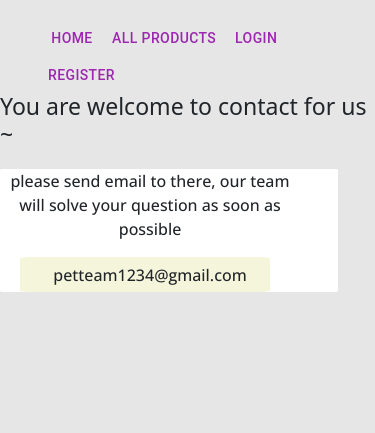
Repository: dzwfighting/pet
Page: /contact
An editor plug-in stored every save of this project. The page is shown before and after the next save, followed by the edit.
The browser window is 375 px wide. The pictures show the whole page.
The project was rebuilt for these pictures with package versions that can differ from the ones it lists, and the page was loaded fresh each time. Also part of the build but not shown: src/components/homeComponent.js, src/components/Layout.js, src/components/checkoutComponent.js, src/fake-data/products.js, src/styles/css/cart.css, src/components/ShopCartComponent.js, src/components/productsDetail.js, src/manipulate/checkValid.js and 10 more.

Above is the page before, as saved 2023-08-20 10:04:26.

### src/index.js
import React from "react";
import ReactDOM from "react-dom/client";
import "./index.css";
import App from "./App";
import { Provider } from "react-redux";
import store from "./manipulate/store";
import reportWebVitals from "./reportWebVitals";

const root = ReactDOM.createRoot(document.getElementById("root"));
root.render(
  <Provider store={store}>
    <React.StrictMode>
      <App />
    </React.StrictMode>
  </Provider>
);

// If you want to start measuring performance in your app, pass a function
// to log results (for example: reportWebVitals(console.log))
// or send to an analytics endpoint. Learn more: https://bit.ly/CRA-vitals
reportWebVitals();

### src/App.js
import "./App.css";
import { BrowserRouter, Routes, Route } from "react-router-dom";
import Layout from "./components/Layout";
import Checkout from "./components/checkoutComponent";
import ShopCart from "./components/ShopCartComponent";
import ProductsDetail from "./components/productsDetail";
import Register from "./components/Register";
import Login from "./components/Login";
import Error from "./components/Error";
import Collections from "./components/Collections";
import Contactus from "./components/Contactus";
import Products from "./components/Products";

function App() {
  return (
    <BrowserRouter>
      <Routes>
        <Route path="/" element={<Layout />} />
        <Route path="checkout" element={<Checkout />} />
        <Route path="shopcart" element={<ShopCart />} />
        <Route path="contact" element={<Contactus />} />
        <Route path="products" element={<Products />} />
        <Route path="products/:id" element={<ProductsDetail />} />
        <Route path="register" element={<Register />} />
        <Route path="login" element={<Login />} />
        <Route path="error/:message" element={<Error />} />
        <Route path="collections" element={<Collections />} />
      </Routes>
    </BrowserRouter>
  );
}

export default App;

### src/manipulate/store.js
import { createStore } from "redux";
import rootReducer from "./reducer";

export default createStore(rootReducer);

### src/components/Contactus.js
import React from "react";
import NavComponent from "./navComponent";
import Container from "react-bootstrap/Container";
import Row from "react-bootstrap/Row";
import Col from "react-bootstrap/Col";
import "../styles/css/contact.css";
import cat11 from "../styles/images/cat11-removebg-preview.png";

const Contactus = () => {
  return (
    <div>
      <NavComponent />
      <h3>You are welcome to contact for us ~</h3>
      <div className="containerSet">
        <p>
          please send email to there, our team will solve your question as soon
          as possible
        </p>
        <div className="emailBlock">
          <p className="emailP">petteam1234@gmail.com</p>
        </div>
      </div>
    </div>
  );
};

export default Contactus;

### src/manipulate/reducer.js
import users from "../fake-data/users";

const initialState = {
  curUser: null,
  // cartItems: [],
  // totalQuantity: 0,
  // totalAmount: 0,
  // collectItems: [],
};

const rootReducer = (state = initialState, action) => {
  switch (action.type) {
    case "LOGIN":
      return {
        ...state,
        curUser: action.payload,
      };
    case "LOGOUT":
      return {
        ...state,
        curUser: null,
      };
    case "REGISTER":
      users.push(action.payload);
      return {
        ...state,
        curUser: action.payload,
      };
    // case "ADDCART":
    //   const newItem = action.payload;
    //   const existItem = state.cartItems.find((item) => item.id === newItem.id);
    //   state.totalQuantity++;
    //   if (!existItem) {
    //     state.cartItems.push({
    //       id: newItem.id,
    //       title: newItem.title,
    //       iamge: newItem.image,
    //       price: newItem.price,
    //       quantity: 1,
    //       totalPrice: newItem.price,
    //     });
    //   } else {
    //     existItem.quantity++;
    //     existItem.totalPrice =
    //       Number(existItem.totalPrice) + Number(newItem.price);
    //   }

    //   state.totalAmount = state.cartItems.reduce(
    //     (total, item) => total + Number(item.price) * Number(item.quantity),
    //     0
    //   );
  }
  return state;
};
export default rootReducer;

### src/components/navComponent.js
import React, { useEffect } from "react";
import { Link, useNavigate } from "react-router-dom";
import Button from "@mui/material/Button";
import { useDispatch, useSelector } from "react-redux";
import { logout } from "../manipulate/action";

const NavComponent = () => {
  const curUser = useSelector((state) => state.curUser);
  const dispatch = useDispatch();
  const navigate = useNavigate();

  const handleLogout = () => {
    dispatch(logout());
    navigate("/");
  };

  // console.log(curUser);

  return (
    <div style={{ marginLeft: "40px", marginTop: "20px", marginRight: "40px" }}>
      <Link to="/" style={{ textDecoration: "none" }}>
        <Button color="secondary">Home</Button>
      </Link>

      <Link
        to="/products"
        state={{ category: "all" }}
        style={{ textDecoration: "none" }}
      >
        <Button color="secondary">All Products</Button>
      </Link>
      {curUser ? (
        <Link to="/shopcart" style={{ textDecoration: "none" }}>
          <Button color="secondary">Shop Cart</Button>
        </Link>
      ) : (
        <a />
      )}
      {curUser ? (
        <Link to="/collections" style={{ textDecoration: "none" }}>
          <Button color="secondary">Collections</Button>
        </Link>
      ) : (
        <a />
      )}
      {/* {curUser ? (
        <Link to="/checkout" style={{ textDecoration: "none" }}>
          <Button color="secondary">Check Out </Button>
        </Link>
      ) : (
        <a />
      )} */}
      {curUser ? (
        <Button color="secondary" onClick={handleLogout}>
          Logout
        </Button>
      ) : (
        <Link to="/login" style={{ textDecoration: "none" }}>
          <Button color="secondary">Login</Button>
        </Link>
      )}
      {curUser ? (
        <a />
      ) : (
        <Link to="/register" style={{ textDecoration: "none" }}>
          <Button color="secondary">Register</Button>
        </Link>
      )}
    </div>
  );
};

export default NavComponent;

### src/fake-data/users.js
let users = [
  {
    email: "user1@gmail.com",
    password: "123456",
    collections: ["11"],
    cart: [{ proId: "11", cnt: "2" }],
    uploads: [
      "https://images.unsplash.com/photo-1526336024174-e58f5cdd8e13?ixlib=rb-4.0.3&ixid=M3wxMjA3fDB8MHxwaG90by1wYWdlfHx8fGVufDB8fHx8fA%3D%3D&auto=format&fit=crop&w=1887&q=80",
    ],
  },
  {
    email: "user2@gmail.com",
    password: "123456",
    collections: ["12", "13"],
    cart: [
      { proId: "12", cnt: "1" },
      { proId: "13", cnt: "2" },
    ],
    uploads: [
      "https://images.unsplash.com/photo-1526336024174-e58f5cdd8e13?ixlib=rb-4.0.3&ixid=M3wxMjA3fDB8MHxwaG90by1wYWdlfHx8fGVufDB8fHx8fA%3D%3D&auto=format&fit=crop&w=1887&q=80",
      "https://images.unsplash.com/photo-1542650507-17d51cecbbb5?ixlib=rb-4.0.3&ixid=M3wxMjA3fDB8MHxwaG90by1wYWdlfHx8fGVufDB8fHx8fA%3D%3D&auto=format&fit=crop&w=1942&q=80",
    ],
  },
];

let findUser = (email) => {
  let userIdx = 0;
  for (let i = 0; i < users.length; i++) {
    if (users[i].email === email) {
      userIdx = i;
      break;
    }
  }
  return userIdx;
};

export const findUserData = (email) => {
  let userIdx = findUser(email);
  return users[userIdx];
};

export let addCollect = (email, collect) => {
  let userIdx = findUser(email);

  // console.log("add succes");
  users[userIdx].collections.push(collect);
  console.log(users[userIdx]);
  return users[userIdx];
};

export let deleteCollect = (email, delId) => {
  let userIdx = findUser(email);

  let delIdx = 0;
  for (let i = 0; i < users[userIdx].collections.length; i++) {
    if (users[userIdx].collections[i] === delId) {
      delIdx = i;
      break;
    }
  }

  users[userIdx].collections.splice(delIdx, 1);
  console.log("del success");
  console.log(users[userIdx].collections);
  return users[userIdx];
};

export let addCart = (email, addId) => {
  let userIdx = findUser(email);
  let ifFind = false;
  for (let i = 0; i < users[userIdx].cart.length; i++) {
    if (users[userIdx].cart[i].proId === addId) {
      ifFind = true;
      users[userIdx].cart[i].cnt = (
        Number(users[userIdx].cart[i].cnt) + 1
      ).toString();
      break;
    }
  }

  if (!ifFind) {
    users[userIdx].cart.push({ proId: addId, cnt: "1" });
  }
  console.log(users[userIdx]);
  return users[userIdx];
};

export const delCart = (email, delId) => {
  let userIdx = findUser(email);
  for (let i = 0; i < users[userIdx].cart.length; i++) {
    if (users[userIdx].cart[i].proId === delId) {
      users[userIdx].cart.splice(i, 1);
      break;
    }
  }
  console.log(users[userIdx]);
  return users[userIdx];
};

export const delOnePro = (email, delId) => {
  let userIdx = findUser(email);
  console.log(delId);
  console.log(users[userIdx]);
  for (let i = 0; i < users[userIdx].cart.length; i++) {
    if (users[userIdx].cart[i].proId === delId) {
      console.log("start delete");
      let delOne = Number(users[userIdx].cart[i].cnt) - 1;
      console.log(delOne);
      if (delOne == 0) {
        delCart(email, delId);
        break;
      } else {
        users[userIdx].cart[i].cnt = delOne.toString();
        break;
      }
    }
  }
  console.log(users[userIdx]);
  return users[userIdx];
};
export default users;

### src/styles/css/prodetail.css
@import url("https://fonts.googleapis.com/css2?family=Open+Sans:wght@500&display=swap");
.detailcard {
  display: flex;
  position: relative;
  font-family: "Open Sans", sans-serif;
  width: 100vw;
  left: 1vw;
  right: 1vw;
}
.detailcardimg {
  width: 25vw;
  height: 40vw;
}
.detailcontent {
  width: 66vw;
}
.detailcontent h2 {
  margin-bottom: 1vw;
}
.detailcontent p {
  margin-left: 1vw;
  text-align: left;
  padding-right: 1vw;
  padding-bottom: 1vw;
  width: 66vw;
  font-size: 1rem;
}

@media screen and (min-width: 1105px) {
  .detailcardimg {
    width: 300px;
    height: 380px;
  }
  .detailfinalBtn {
    margin-top: -5px;
  }
}

@media screen and (min-width: 917px) and (max-width: 1105px) {
  .detailcardimg {
    width: 28vw;
    height: 450px;
  }
  .detailcontent {
    width: 27vw;
  }
  .detailcontent h2 {
    font-size: 1rem;
  }
  .detailcontent p {
    font-size: 0.8rem;
  }
  .detailfinalBtn {
    margin-top: 5px;
  }
}

@media screen and (min-width: 771px) and (max-width: 917px) {
  /* .detailcardimg {
    width: 28vw;
    height: 45vw;
  } */
  .detailcontent h2 {
    margin-bottom: 5px;
    font-size: 1rem;
  }
  .detailcontent p {
    margin-left: 5px;
    padding-right: 5px;
    padding-bottom: 0px;
    width: 66vw;
    font-size: 0.7rem;
  }
}
@media screen and (min-width: 615px) and (max-width: 771px) {
  .detailcardimg {
    width: 20vw;
    height: 30vw;
  }
  .detailcontent h2 {
    margin-bottom: 5px;
    font-size: 0.9rem;
  }
  .detailcontent p {
    margin-left: 5px;
    padding-right: 0;
    padding-bottom: 0px;
    width: 66vw;
    font-size: 0.5rem;
  }
}
@media screen and (min-width: 480px) and (max-width: 615px) {
  .detailcard {
    display: block;
  }
  .detailcardimg {
    position: relative;
    left: 2%;
    width: 25vw;
    height: 35vw;
  }
  .detailcontent {
    width: 95vw;
  }
  .detailcontent h2 {
    width: 95vw;
    margin-left: 0;
    margin-bottom: 2px;
    font-size: 0.9rem;
  }
  .detailcontent p {
    margin-left: 2px;
    padding-right: 0;
    padding-bottom: 0px;
    width: 90vw;
    font-size: 0.7rem;
  }
  .detailfinalBtn {
    font-size: 0.7rem;
  }
}
@media screen and (min-width: 200px) and (max-width: 480px) {
  .detailcard {
    display: block;
  }
  .detailcardimg {
    position: relative;
    left: 2%;
    width: 25vw;
    height: 35vw;
  }
  .detailcontent {
    width: 95vw;
  }
  .detailcontent h2 {
    width: 90vw;
    margin-left: 0;
    margin-bottom: 2px;
    font-size: 0.9rem;
  }
  .detailcontent p {
    margin-left: 2px;
    padding-right: 0;
    padding-bottom: 0px;
    width: 90vw;

    font-size: 0.7rem;
  }
  .detailfinalBtn {
    font-size: 0.7rem;
  }
}

### src/manipulate/action.js
export const login = (user) => ({
  type: "LOGIN",
  payload: user,
});

export const logout = () => ({
  type: "LOGOUT",
});

export const register = (newUser) => ({
  type: "REGISTER",
  payload: newUser,
});

// export const addToCart = (item) => ({
//   type: "ADDTOCART",
//   payload: item,
// });

// export const deleteFromCard = (item) => ({
//   typeof: "DELETEFROMCART",
//   payload: item,
// });

// export const addToCollect = (item) => ({
//   type: "ADDTOCOLLECT",
//   payload: item,
// });

// export const deleteFromColllect = (item) => ({
//   type: "DELETEFROMCOLLECT",
//   payload: item,
// });

### src/styles/css/login.css
@import url("https://fonts.googleapis.com/css2?family=Open+Sans:wght@500&display=swap");
.formSet {
  display: flex;
  margin-left: 5%;
  align-items: center;
  font-family: "Open Sans", sans-serif;
}
.lableSet {
  font-size: 2rem;
}

.inputSet {
  font-size: 1rem;
  width: 800px;
}

.loginbtnSet {
  align-items: center;
  justify-content: center;
  width: 100px;
  height: 40px;
  /* font-size: 1.1rem; */
}
.pSet {
  font-size: 1.2rem;
}

@media screen and (min-width: 1025px) {
  .formSet {
    display: flex;
    margin-left: 5%;
    align-items: center;
    font-family: "Open Sans", sans-serif;
  }
  .lableSet {
    font-size: 2rem;
  }

  .inputSet {
    text-align: left;
    font-size: 1rem;
    width: 600px !important;
  }
  .loginbtnSet {
    height: 35px !important;
  }

  .regSet {
    width: 100px !important;
    padding-top: 6px;
    height: 37px !important;
  }
  .loginbtnSet p {
    width: 70px;
  }
  .pSet {
    font-size: 1.2rem !important;
  }
}
@media screen and (min-width: 769px) and (max-width: 1024px) {
  .formSet {
    display: flex;
    margin-left: 5%;
    align-items: center;
    font-family: "Open Sans", sans-serif;
  }
  .lableSet {
    font-size: 1.5rem;
  }
  .inputSet {
    font-size: 0.9rem !important;
    width: 700px !important;
  }
  .loginbtnSet {
    width: 65px;
    height: 38px;
    font-size: 0.9rem;
  }

  .regSet {
    width: 80px;
    padding-left: 6px;
    height: 38px;
  }
  .regSet p {
    margin-left: 2px;
    font-size: 0.9rem;
  }
  .pSet {
    font-size: 1rem;
  }
}
@media screen and (min-width: 481px) and (max-width: 768px) {
  .formSet {
    display: flex;
    margin-left: 5%;
    align-items: center;
    font-family: "Open Sans", sans-serif;
  }
  .lableSet {
    font-size: 1.5rem;
  }
  .inputSet {
    font-size: 0.9rem !important;
    width: 700px !important;
  }
  .loginbtnSet {
    width: 70px;
    /* padding-top: 1px;
    padding-left: 21px; */
    height: 38px;
    font-size: 0.9rem;
  }
  .regSet {
    width: 88px;
    /* padding-top: 2px;
    padding-left: 25px; */
    height: 37px;
    font-size: 0.9rem;
  }
}
@media screen and (max-width: 481px) {
  .formSet {
    display: flex;
    margin-left: 5%;
    align-items: center;
    font-family: "Open Sans", sans-serif;
    margin-top: 50px !important;
  }
  .lableSet {
    font-size: 1rem;
  }
  .inputSet {
    font-size: 0.8rem;
    width: 200px;
    height: 40px;
  }
  .loginbtnSet {
    align-items: center;
    justify-content: center;
    width: 56px;
    height: 28px;
    font-size: 0.7rem;
  }
  .pSet {
    font-size: 0.8rem;
  }
  .regSet {
    width: 66px;
    /* padding-left: 16px; */
    height: 30px;
    font-size: 0.7rem;
  }
}

### src/styles/css/contact.css
@import url("https://fonts.googleapis.com/css2?family=Open+Sans:wght@500&display=swap");
.containerSet h3 {
  display: flex;
  justify-content: center;
  align-items: center;
  font-family: "Open Sans", sans-serif;
  margin-top: 9%;
  margin-left: 5%;
  font-size: 1.8rem;
}
.containerSet p {
  font-family: "Open Sans", sans-serif;
  margin-top: 6%;
  font-size: 1.5rem;
}
.imgSet {
  width: 80%;
  margin-bottom: 7%;
}
.imgSize {
  margin-top: -11%;
}
.emailBlock {
  font-family: "Open Sans", sans-serif;
  width: 60%;
  height: 20%;
  background-color: beige;
  border-radius: 4%;
}
.emailP {
  margin-left: 20%;
  padding-top: 5%;
}

@media screen and (min-width: 1025px) {
  .containerSet h3 {
    display: flex;
    justify-content: center;
    align-items: center;
    font-family: "Open Sans", sans-serif;
    margin-top: 9%;
    font-size: 2.5rem;
    font-weight: 900;
  }
  .containerSet {
    display: flex;
    justify-content: center;
    align-items: center;
    text-align: center;
  }
  .containerSet p {
    display: flex;
    justify-content: center;
    align-items: center;
    text-align: center;
    font-family: "Open Sans", sans-serif;
    width: 1000px;
    margin-left: 100px;
    font-size: 1.7rem;
  }
  .imgSet {
    width: auto;
    height: 55%;
    margin-top: -70px;
  }
  .emailBlock {
    display: flex;
    justify-content: center;
    align-items: center;
    text-align: center;
    font-family: "Open Sans", sans-serif;
    width: 1000px;
    height: 60px;
    background-color: beige;
    border-radius: 4%;
    margin-left: 100px;
    /* margin-top: -50px; */
  }
  .emailP {
    margin-left: 30px;
    margin-bottom: 100px;
    /* padding-top: 15px; */
    font-family: "Open Sans", sans-serif;
    font-size: 1.5rem;
  }
}
@media screen and (min-width: 769px) and (max-width: 1024px) {
  .containerSet h3 {
    display: flex;
    justify-content: center;
    align-items: center;
    width: calc(100% - 10px);
    font-family: "Open Sans", sans-serif;
    margin-top: 9%;
    font-size: 2rem;
    font-weight: 900;
  }
  .containerSet {
    display: flex;
    justify-content: center;
    align-items: center;
    text-align: center;
  }
  .containerSet p {
    display: flex;
    justify-content: center;
    align-items: center;
    text-align: center;
    font-family: "Open Sans", sans-serif;
    margin-left: 110px;
    width: calc(100%);
    font-size: 1.2rem;
  }
  .imgSet {
    width: auto;
    height: 55%;
    margin-top: -55px;
  }
  .emailBlock {
    display: flex;
    justify-content: center;
    align-items: center;
    font-family: "Open Sans", sans-serif;
    width: calc(100% - 10px);
    height: 50px;
    background-color: beige;
    border-radius: 4%;
    margin-left: 110px;

    /* margin-top: -33px; */
  }

  .emailP {
    margin-left: 30px;
    margin-bottom: 43px;
    padding-top: 3%;
    font-size: 1.2rem;
  }
}
@media screen and (min-width: 481px) and (max-width: 768px) {
  .containerSet h3 {
    display: flex;
    justify-content: center;
    align-items: center;
    font-family: "Open Sans", sans-serif;
    margin-top: 9%;
    font-size: 1.5rem;
    font-weight: 900;
    margin-left: 5px;
    margin-right: 5px;
  }
  .containerSet {
    display: flex;
    justify-content: center;
    align-items: center;
  }
  .containerSet p {
    display: flex;
    justify-content: center;
    align-items: center;
    text-align: center;
    font-family: "Open Sans", sans-serif;
    width: 450px;
    margin-top: 6%;
    font-size: 1rem;
    /* margin-left: 80px; */
    /* margin-right: 5px; */
  }
  .imgSet {
    width: auto;
    height: 60%;
    margin-top: -45px;
  }
  .emailBlock {
    display: flex;
    justify-content: center;
    align-items: center;
    font-family: "Open Sans", sans-serif;
    width: 300px;
    height: 35px;
    background-color: beige;
    border-radius: 4%;
    margin-left: 60px;
  }
  .emailP {
    margin-left: 10px;
    margin-bottom: 25px;
    padding-top: 3%;
  }
}
@media screen and (max-width: 480px) {
  .containerSet h3 {
    display: flex;
    justify-content: center;
    align-items: center;
    font-family: "Open Sans", sans-serif;
    margin-top: 9%;
    font-size: 1.1rem;
    font-weight: 900;
    /* margin-left: 10px;
    margin-right: 10px; */
  }
  .containerSet {
    /* display: flex; */
    justify-content: center;
    align-items: center;
    background-color: white;
    border-radius: 1%;
    width: 90vw;
  }
  .containerSet p {
    width: 300px;
    text-align: center;
    font-family: "Open Sans", sans-serif;
    margin-top: 6%;
    font-size: 1rem;
    /* margin-left: 10px;
    margin-right: 10px; */
  }
  .imgSet {
    width: auto;
    height: 60%;
    margin-top: -35px;
  }
  .emailBlock {
    display: flex;
    justify-content: center;
    align-items: center;
    font-family: "Open Sans", sans-serif;
    width: 250px;
    height: 35px;
    background-color: beige;
    border-radius: 4%;
    margin-left: 20px;
  }
  .emailP {
    margin-left: 10px;
    margin-bottom: 25px;
    padding-top: 5%;
  }
}

### src/styles/css/categories.css
@import url("https://fonts.googleapis.com/css2?family=Open+Sans:wght@500&display=swap");
.cardSet {
  /* margin-left: -18%; */
  position: relative;

  font-family: "Open Sans", sans-serif !important;
  /* margin-right: -20% */
}
.cSet {
  position: relative;
  right: 10%;

  /* width: 100vw; */
  justify-content: center;
}
.imgSet {
  width: 100vw !important;
}
.linkFont {
  font-size: 1.5em;
  margin-top: -50px;
}

@media screen and (min-width: 1025px) {
}
@media screen and (min-width: 769px) and (max-width: 1024px) {
  .cardSet {
    display: flex !important;
    align-items: center !important;
    justify-content: center !important;
    text-align: center !important;
    /* margin-left: -18%; */
  }
  .linkFont {
    font-size: 1.2em;
    margin-top: -50px;
  }
  .imgSet {
    width: 701px !important;
  }
}
@media screen and (min-width: 481px) and (max-width: 768px) {
  .cardSet {
    display: flex !important;
    align-items: center !important;
    justify-content: center !important;
    text-align: center !important;
    margin-left: -16%;
    /* margin-right: -20% */
  }
  .linkFont {
    font-size: 1.2em;
    margin-top: 1px !important;
  }

  .imgSet {
    width: 401px !important;
  }
}
@media screen and (max-width: 480px) {
  .cardSet {
    display: flex !important;
    align-items: center !important;
    justify-content: center !important;
    text-align: center !important;
  }
  .imgSet {
    width: 310px !important;
  }
  .linkFont {
    font-size: 1em;
    margin-top: 10px;
  }
}

Loaded but not shown: public/index.html (common file); src/index.css (common file); src/reportWebVitals.js (common file); src/App.css (common file); src/styles/allproducts.css (no stored copy; drawn as an empty file)

After the next save:
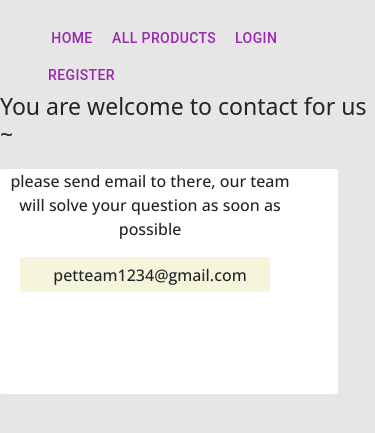
Saved 11 s later.
--- a/src/styles/css/contact.css
+++ b/src/styles/css/contact.css
@@ -207,6 +207,7 @@
     background-color: white;
     border-radius: 1%;
     width: 90vw;
+    height: 60vw;
   }
   .containerSet p {
     width: 300px;

After the save that followed:
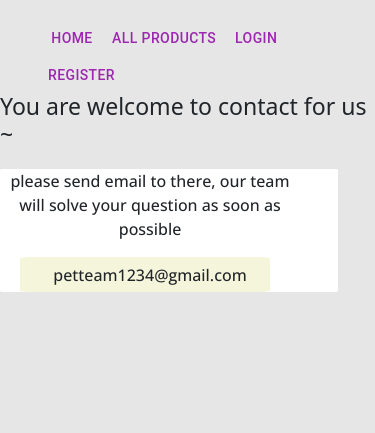
Saved 12 s later.
--- a/src/styles/css/contact.css
+++ b/src/styles/css/contact.css
@@ -207,7 +207,6 @@
     background-color: white;
     border-radius: 1%;
     width: 90vw;
-    height: 60vw;
   }
   .containerSet p {
     width: 300px;
